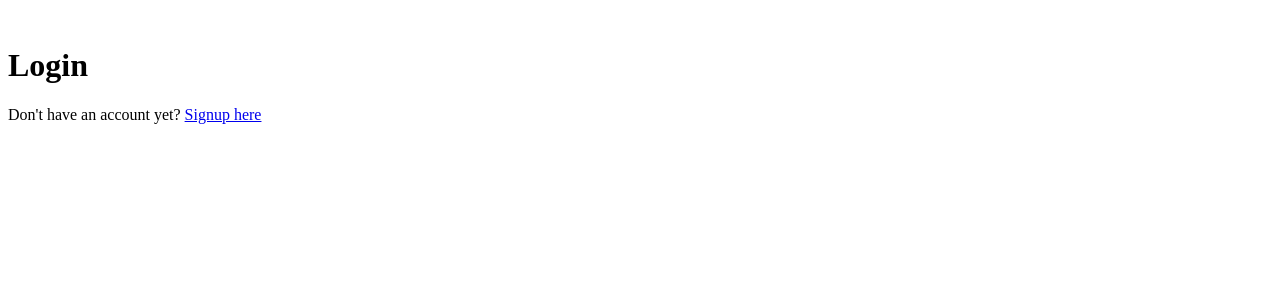
Repository: sujeong-kwon/banking
Page: http://localhost/banking/customer/addCustomer.jsp
These files come from the project's save history. The page is drawn as it stood at one moment and after the next save; the edit follows.
The browser window is 1280 px wide. The pictures show the whole page.
The page is served by Tomcat 9.

Above is the page before, as saved 2022-07-19 05:40:45.

### banking/src/main/webapp/customer/addCustomer.jsp
<%@ page language="java" contentType="text/html; charset=UTF-8"
    pageEncoding="UTF-8"%>
<!DOCTYPE html>
<html>
<head>
<meta charset="UTF-8">
<title>Login</title>
</head>
<body>
	<div class="container">
		<a class="logo">
			<img src="">
		</a>
		<div class="inner">
			<div class="title">
				<h1>
					<span>Login</span>
				</h1>
				<p>
					Don't have an account yet?
					<a href="/signup">Signup here</a>
				</p>
			</div>
		</div>
	</div>
</body>
</html>

After the next save:
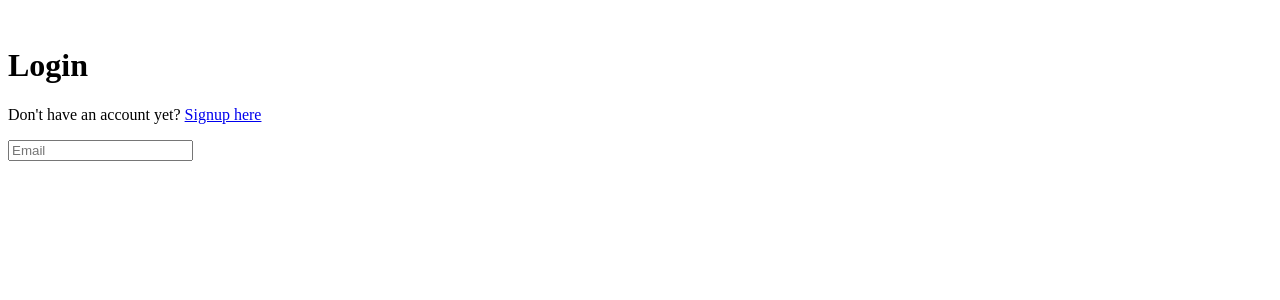
Saved 46 min 9 s later.
--- a/banking/src/main/webapp/customer/addCustomer.jsp
+++ b/banking/src/main/webapp/customer/addCustomer.jsp
@@ -21,6 +21,11 @@
 					<a href="/signup">Signup here</a>
 				</p>
 			</div>
+			<div class="form">
+				<input placeholder="Email" type="text" name="email">
+			</div>
+			<div>
+			</div>
 		</div>
 	</div>
 </body>
